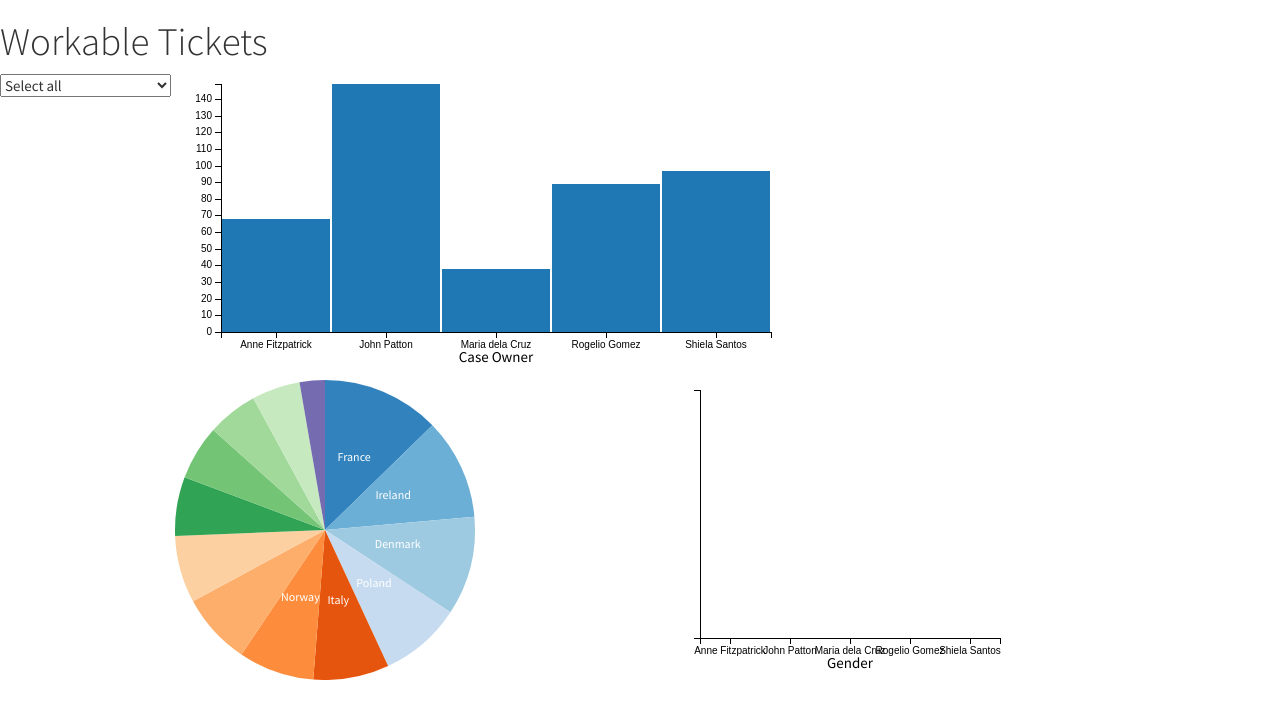
Repository: RChanco/Workable-Tickets-Dashboard
Page: index.html
The author's editor kept a record of every edit. The page is drawn from the files as they stood at one moment, then again after the next edit.
The browser window is 1280 px wide. The pictures show the whole page.

Above is the page before.

After the next edit:
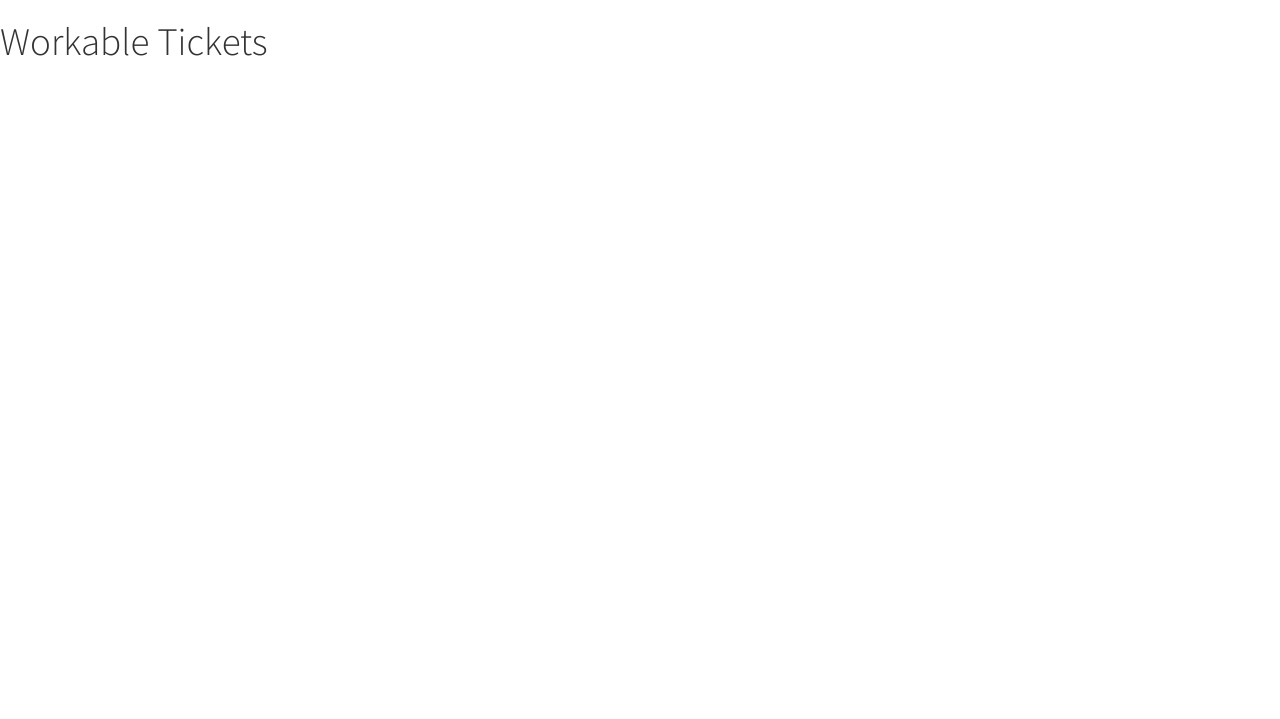
Console error: ReferenceError: show_case_country is not defined
The edit:
--- a/static/js/graph.js
+++ b/static/js/graph.js
@@ -38,8 +38,8 @@
         .dimension(dim)
         .group(group)
         .transitionDuration(500)
-        .x(d3.scale.ordinal())
-        .xUnits(dc.units.ordinal)
+        .x(d3.scale.linear())
+/*        .xUnits(dc.units.ordinal)
         .xAxisLabel("Case Owner")
         .yAxis().ticks(20);
 }

After the edit that followed:
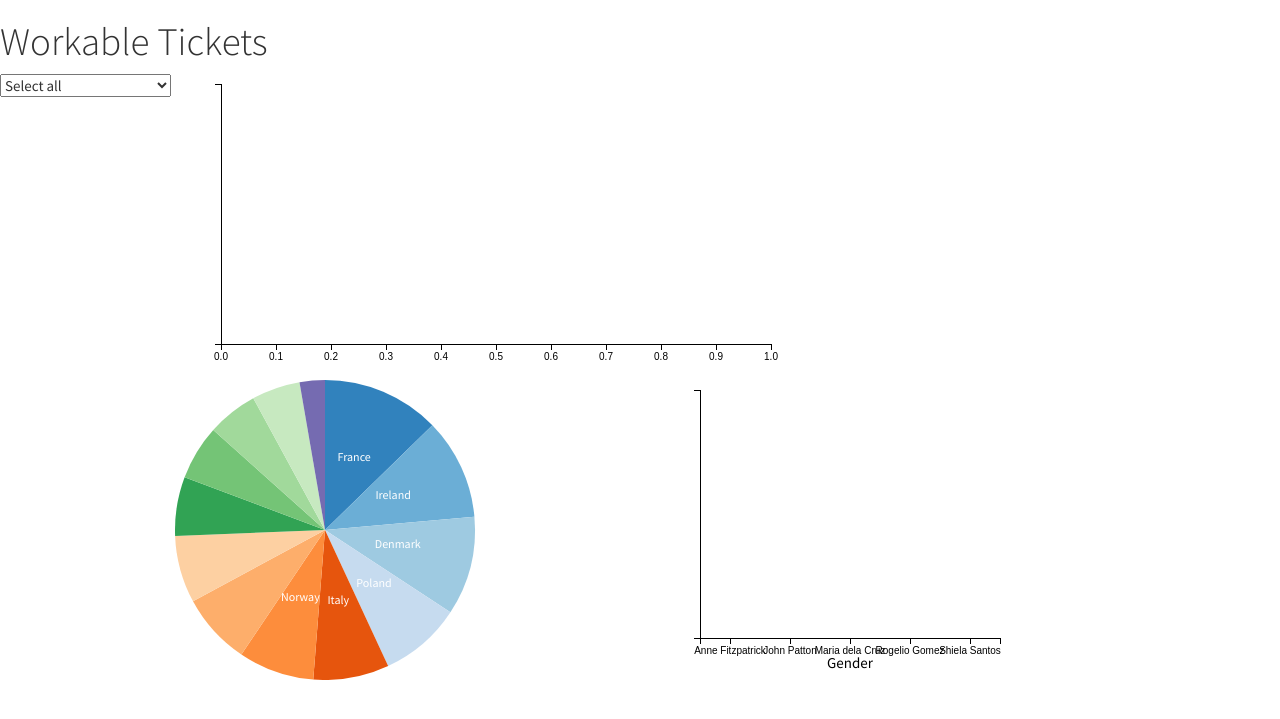
The error is gone.
The edit:
--- a/static/js/graph.js
+++ b/static/js/graph.js
@@ -41,7 +41,7 @@
         .x(d3.scale.linear())
 /*        .xUnits(dc.units.ordinal)
         .xAxisLabel("Case Owner")
-        .yAxis().ticks(20);
+        .yAxis().ticks(20) */;
 }
 
 function show_case_days_old(ndx) {
